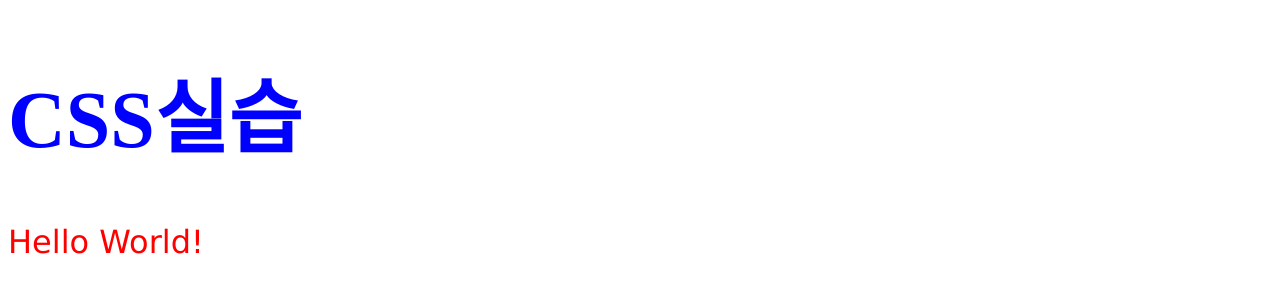
Repository: ashojm/WebWork
Page: Web/first.html
The author's editor kept a copy of each file at every save. The page is drawn from the files as they stood at one save, then again after the next save.
The browser window is 1280 px wide. The pictures show the whole page.

Above is the page before, as saved 2015-11-12 16:08:09.

After the next save:
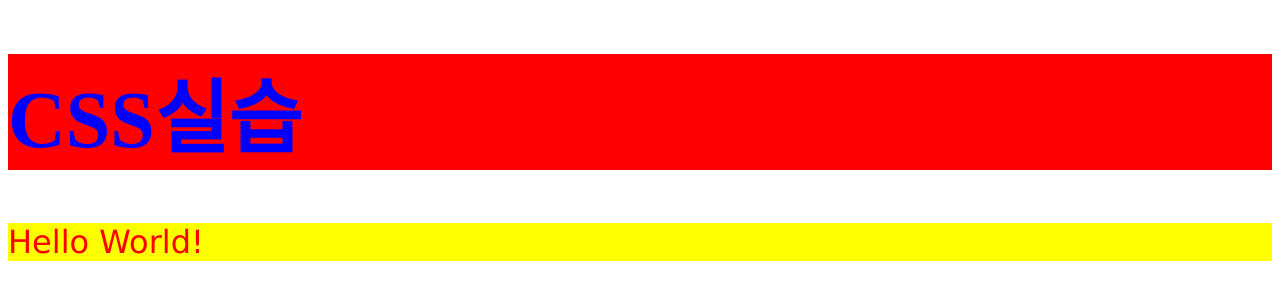
Saved 2 min 53 s later.
--- a/Web/css/base.css
+++ b/Web/css/base.css
@@ -1,2 +1,2 @@
-h1{color:#0000FF;font-family:serif;font-size:500%}
-p {color:red;font-size:200%;font-family:Verdana}
+h1{color:#0000FF;font-family:serif;font-size:500%;background-color:red}
+p {color:red;font-size:200%;font-family:Verdana;background-color:yellow}
